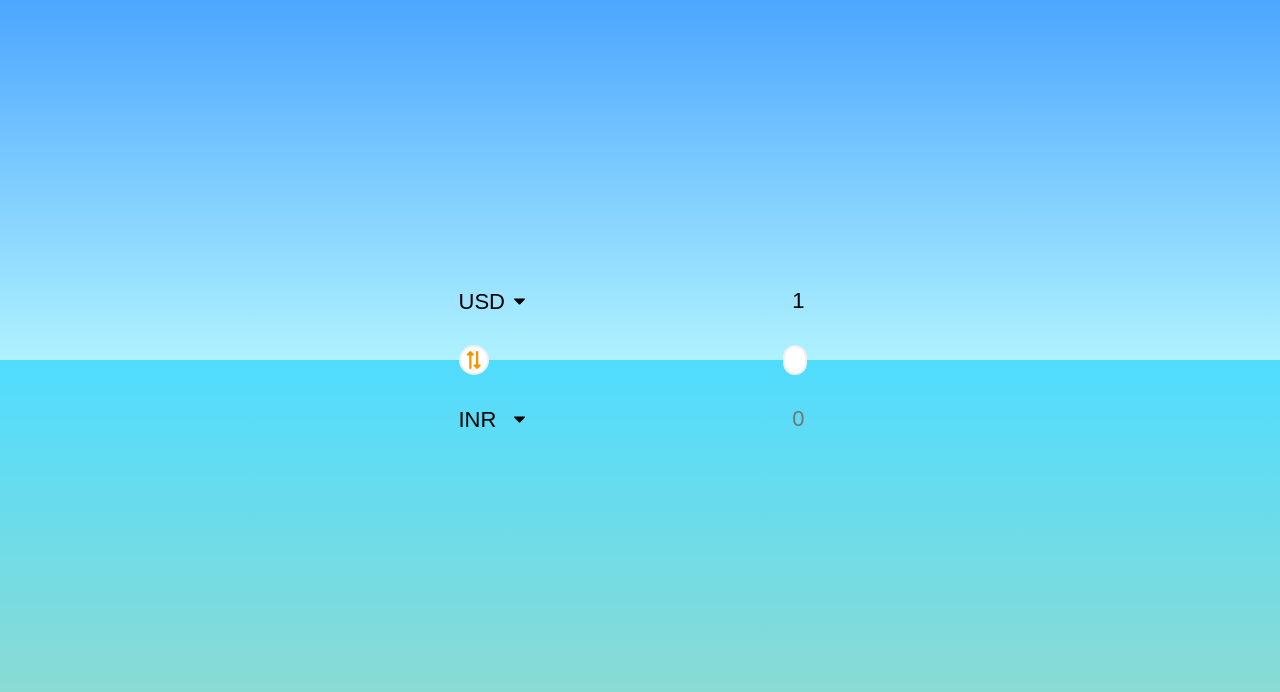
Repository: Sp4ngl3r/Currency-Converter
Page: currency.html
These files come from the project's save history. The page is drawn as it stood at one moment and after the next save; the edit follows.
The browser window is 1280 px wide. The pictures show the whole page.
Some web fonts or font styles are not loaded; a fallback is used. Some web libraries are served in a nearby version.

Above is the page before, as saved 2020-04-18 18:27:14.
Console error: TypeError: Cannot read properties of null (reading 'addEventListener')

After the next save:
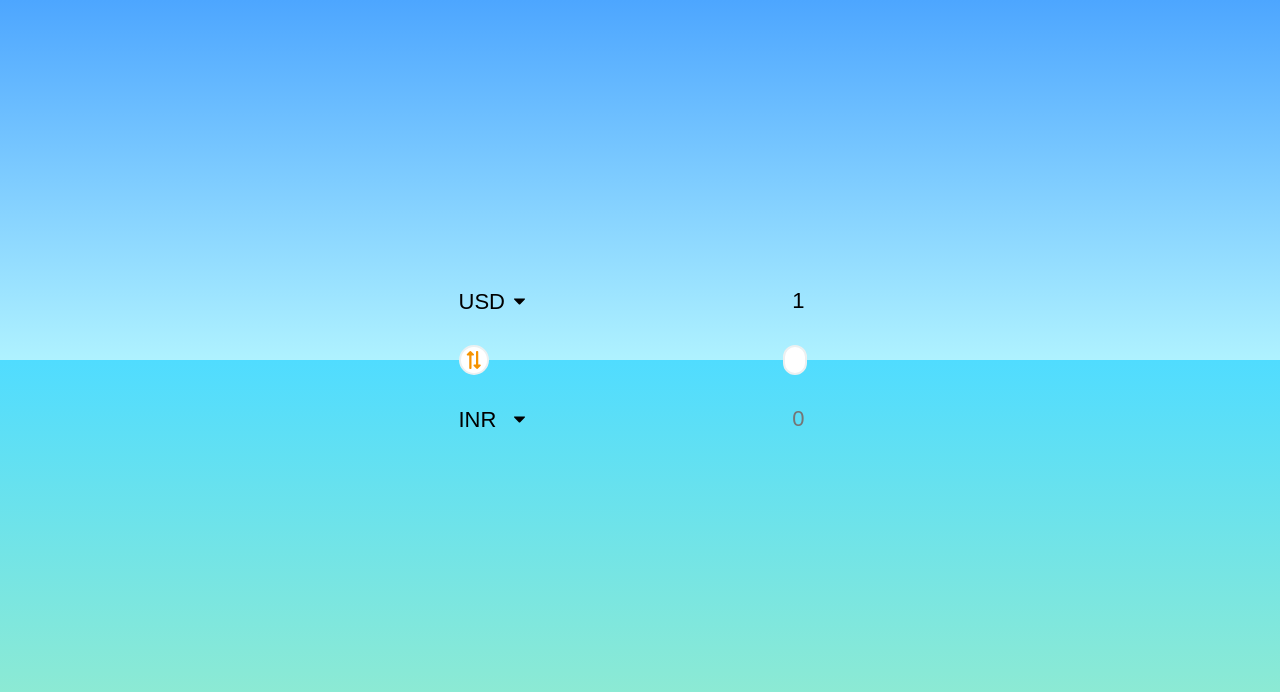
Saved 26 s later.
--- a/currency.css
+++ b/currency.css
@@ -8,7 +8,7 @@ body {
     #4da6ff 0%,
     #aff2ff 50%,
     #50dcff 50%,
-    #8fdbcf 100%
+    #91ebd0 100%
   );
   font-family: "Muli", sans-serif;
   display: flex;
